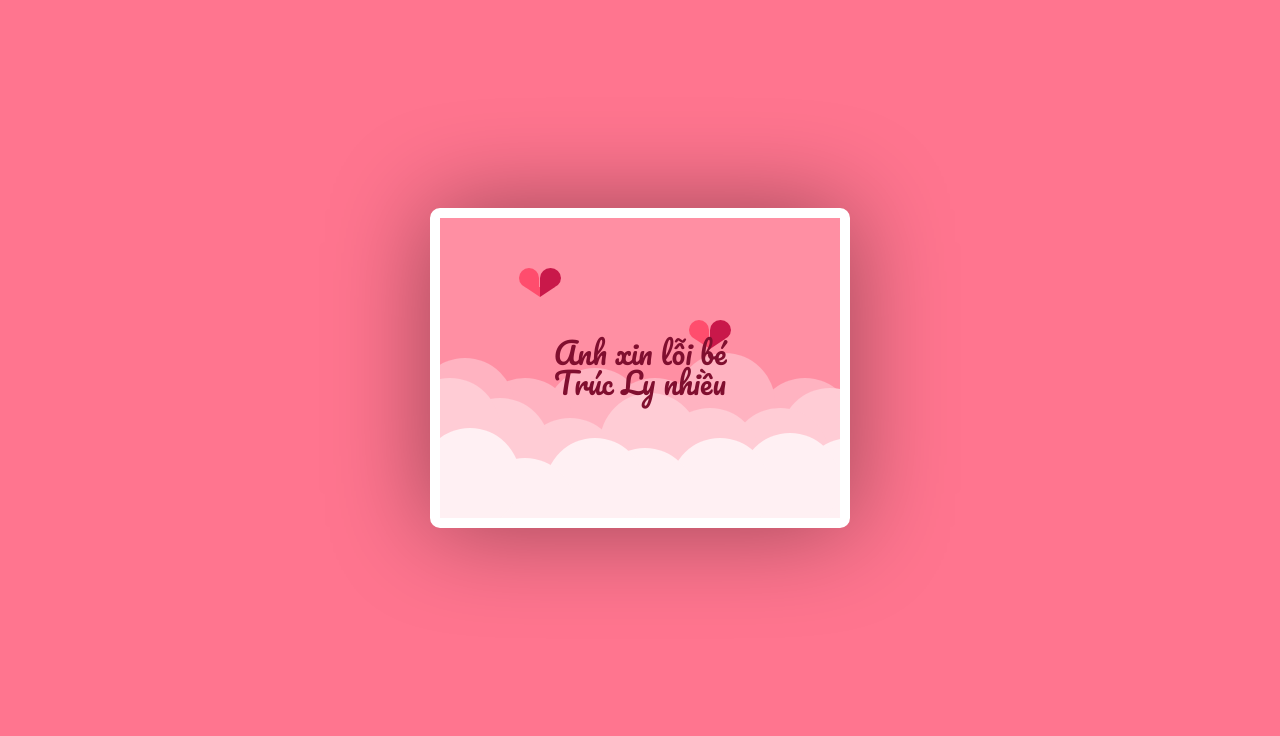
Repository: namtrung123456789/trannamtrung
Page: style.html
These files come from the project's save history. The page is drawn as it stood at one moment and after the next save; the edit follows.
The browser window is 1280 px wide. The pictures show the whole page.

Above is the page before, as saved 2024-07-28 20:18:35.

After the next save:
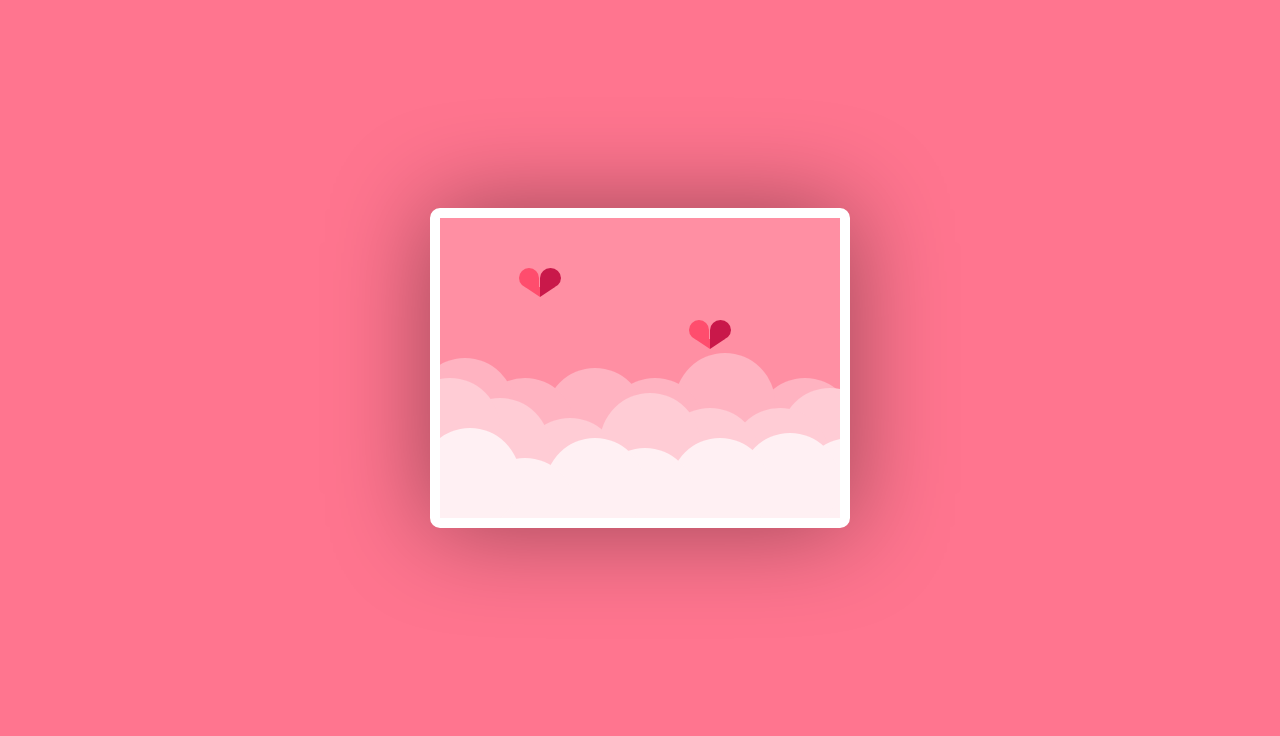
Saved 69 s later.
--- a/main.css
+++ b/main.css
@@ -168,7 +168,7 @@ body {
   width:380px;
   left:10px;
   z-index:3;
-  top:320px;
+  top:500px;
   animation: up 1s ease forwards;
   transition: .2s;
 }
@@ -184,8 +184,6 @@ body {
 }
 
 .text:hover:before {
-  top: 100px;
-  left:10px;
   content:"Anh nhớ và lo cho bé lắm rồi anh mong bé cho anh được nhắn tin với bé. aaaaaaaaaaaaaaaaaaaaaaaaaaaaaaaaaaaa";
   font-size:25px;
 
